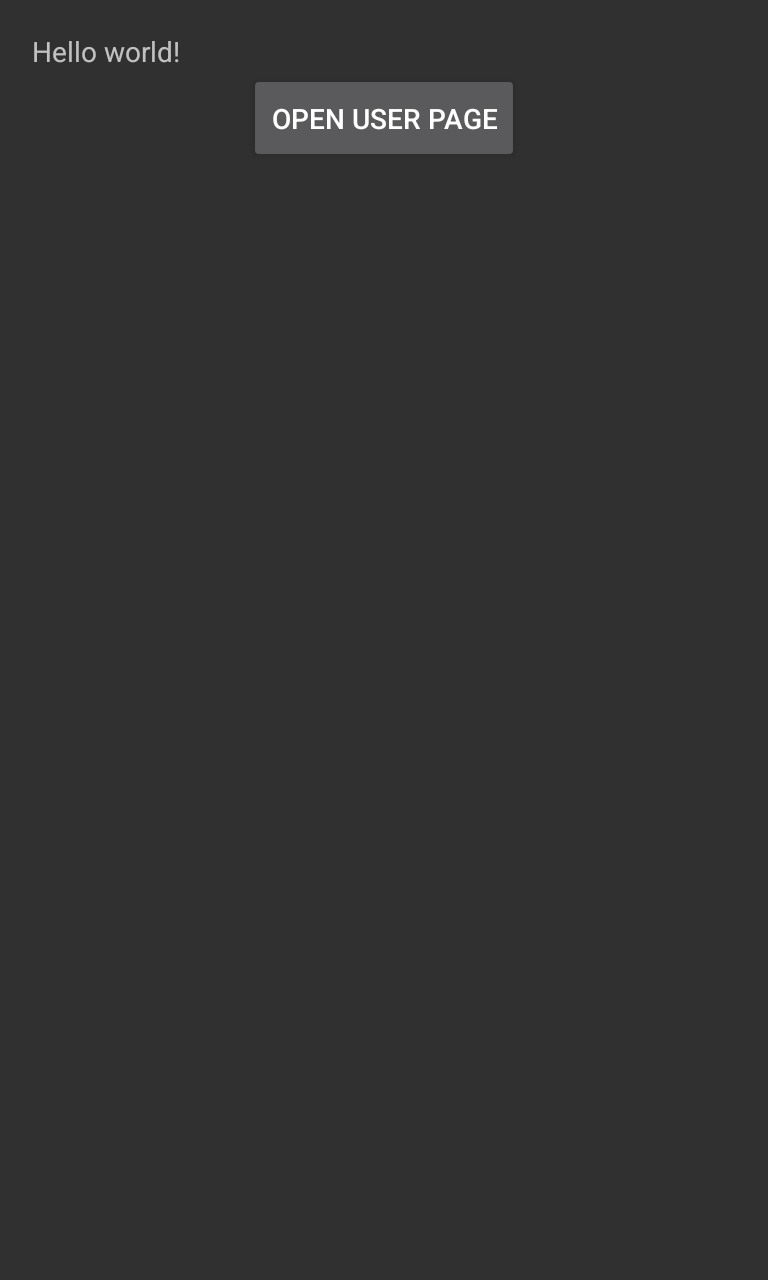
Repository: mberenguerascampi/github_app
Layout: GitHubApp/res/layout/activity_user_detail.xml
These files come from the project's save history. The layout is drawn as it stood at one moment and after the next save; the edit follows.
It is drawn on a 768 x 1280 px phone screen (xhdpi) without system bars, with theme Theme.AppCompat; the app's code is not run.

Above is the layout before, as saved 2014-12-25 17:17:24.

### GitHubApp/res/layout/activity_user_detail.xml
<RelativeLayout xmlns:android="http://schemas.android.com/apk/res/android"
    xmlns:tools="http://schemas.android.com/tools"
    android:layout_width="match_parent"
    android:layout_height="match_parent"
    android:paddingBottom="@dimen/activity_vertical_margin"
    android:paddingLeft="@dimen/activity_horizontal_margin"
    android:paddingRight="@dimen/activity_horizontal_margin"
    android:paddingTop="@dimen/activity_vertical_margin"
    tools:context="mbc.com.githubapp.activities.UserDetailActivity" >

    <TextView
        android:id="@+id/score_textview"
        android:layout_width="wrap_content"
        android:layout_height="wrap_content"
        android:text="@string/hello_world" />

    <Button
        android:id="@+id/open_button"
        android:layout_below="@+id/score_textview"
        android:layout_width="wrap_content"
        android:layout_height="wrap_content"
        android:text="@string/open_user_page_text"
        android:layout_centerInParent="true"
        android:gravity="center_vertical|center_horizontal"
        />

</RelativeLayout>

### GitHubApp/res/values/strings.xml
<?xml version="1.0" encoding="utf-8"?>
<resources>

    <string name="app_name">GitHubApp</string>
    <string name="title_activity_splash">SplashActivity</string>
    <string name="hello_world">Hello world!</string>
    <string name="action_settings">Settings</string>
    <string name="title_activity_main">Search GitHub Users</string>

    <!-- SPLASH -->
    <string name="splash_text">GitHubApp</string>

    <!-- MAIN ACTIVITY -->
    <string name="search_user_text">User: </string>
    <string name="search_user_hint">Type a user</string>
    <string name="search_button_text">Search</string>
    <string name="title_activity_user_detail">UserDetailActivity</string>

    <!-- USER DETAIL ACTIVITY -->
    <string name="open_user_page_text">Open user page</string>

</resources>

Loaded but not shown: GitHubApp/res/values/dimens.xml (common file); GitHubApp/res/values-w820dp/dimens.xml (common file)

After the next save:
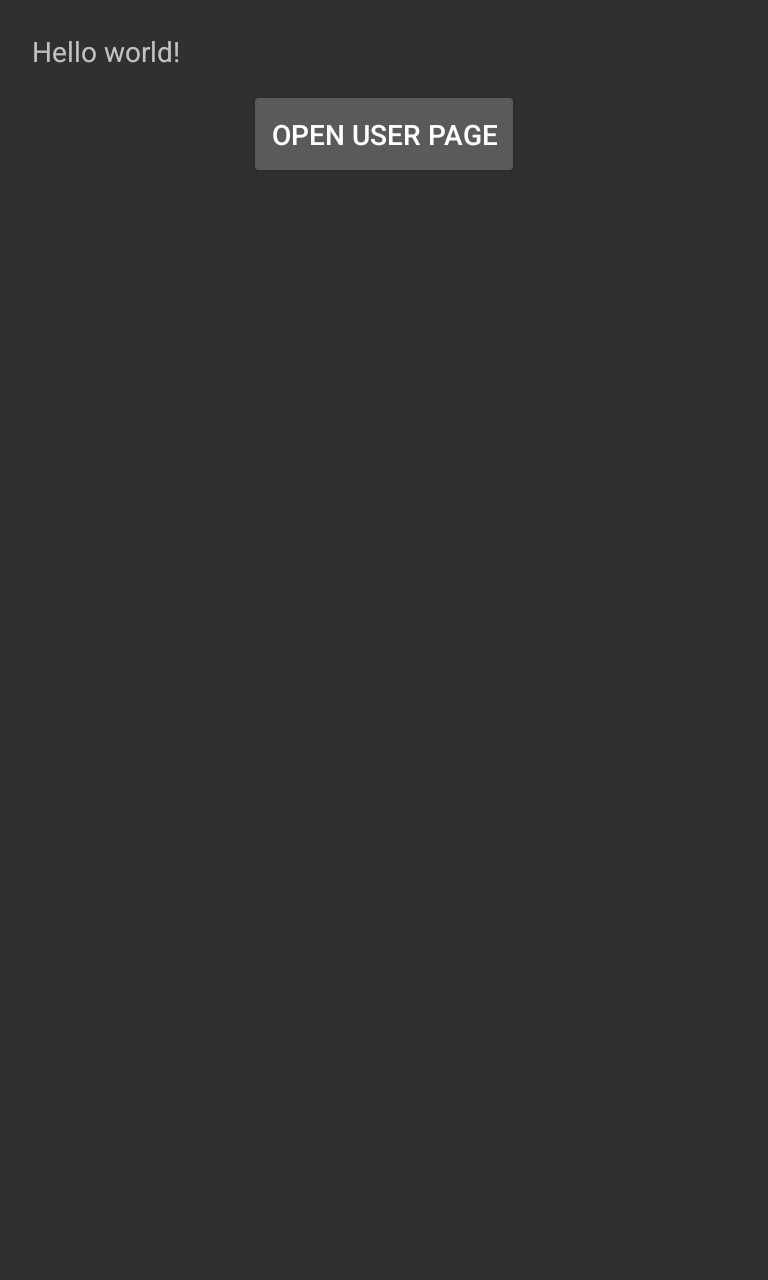
Saved 23 s later.
--- a/GitHubApp/res/layout/activity_user_detail.xml
+++ b/GitHubApp/res/layout/activity_user_detail.xml
@@ -19,6 +19,7 @@
         android:layout_below="@+id/score_textview"
         android:layout_width="wrap_content"
         android:layout_height="wrap_content"
+        android:layout_marginTop="8dip"
         android:text="@string/open_user_page_text"
         android:layout_centerInParent="true"
         android:gravity="center_vertical|center_horizontal"
